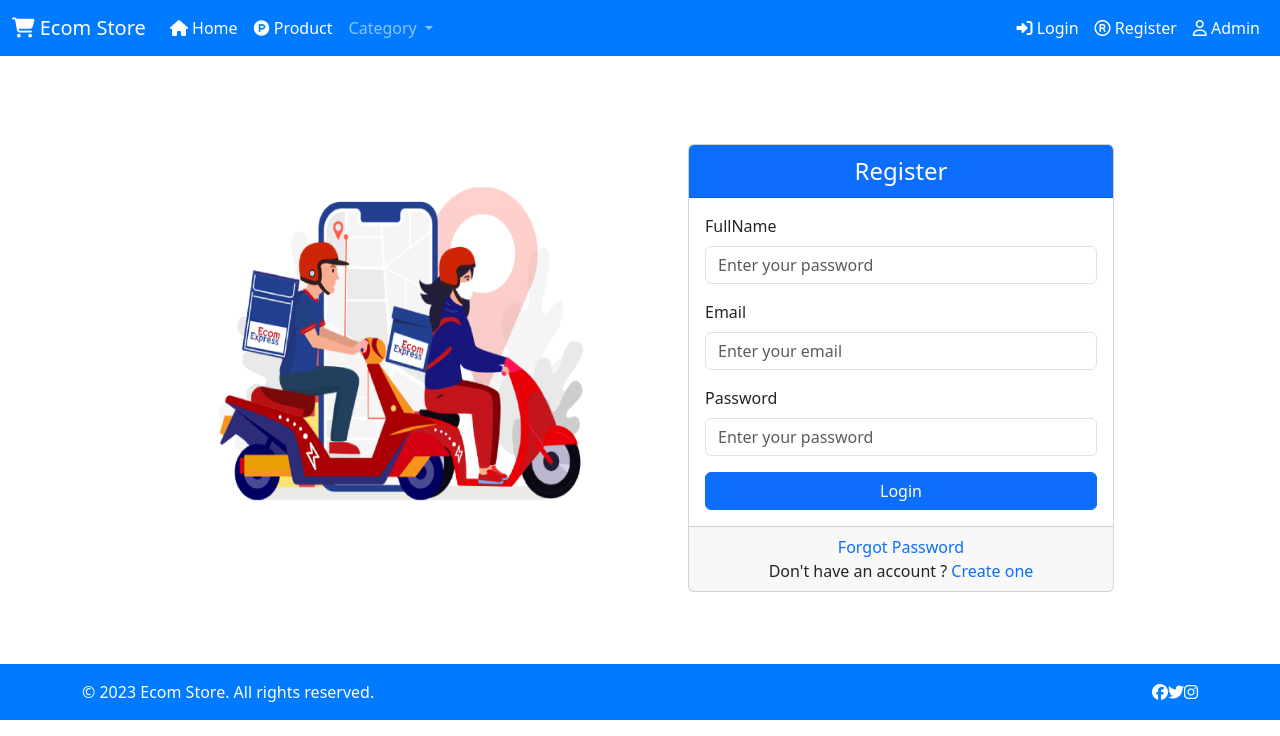
Repository: Deva-bot/EcomProject
Page: http://localhost/register
An editor plug-in stored every save of this project. The page is shown before and after the next save, followed by the edit.
The browser window is 1280 px wide. The pictures show the whole page.
The page is this project's Thymeleaf template; nobody is signed in. The template is opened directly, without the code that normally fills it, so the values that code supplies are empty.

Above is the page before, as saved 2024-07-12 14:52:56.

### Shopping_Cart/src/main/resources/templates/register.html
<!DOCTYPE html>
<html lang="en" xmlns:th="http://www.thymeleaf.org" th:replace="base::layout(~{::section})">

<head>
	<meta charset="ISO-8859-1">
	<title>Shopping Cart</title>
</head>

<body>
	<section th:fragment="content">
		<div class="container mt-5 p-5">
			<div class="row">
				<div class="col-md-6 p-5">
					<img alt="" src="img/ecom.png" width="100%" height="400px">
				</div>
				<div class="col-md-6 p-5">
					<div class="card">
						<div class="card-header bg-primary text-white">
							<p class="fs-4 text-center mb-0">Register</p>
						</div>
						<div class="card-body">
							<form>
								<div class="mb-3">
									<label class="form-label" for="password">FullName</label>
									<input class="form-control" id="password" name="password" type="password"
										placeholder="Enter your password">
								</div>
								<div class="mb-3">
									<label class="form-label" for="email">Email</label>
									<input class="form-control" id="email" name="email" type="email"
										placeholder="Enter your email">
								</div>
								<div class="mb-3">
									<label class="form-label" for="password">Password</label>
									<input class="form-control" id="password" name="password" type="password"
										placeholder="Enter your password">
								</div>
								<button type="submit" class="btn btn-primary col-md-12">Login</button>
							</form>
						</div>
						<div class="card-footer text-center">
							<a href="/forgot-password" class="text-decoration-none text-primary">Forgot Password</a><br>
							Don't have an account ? <a href="/register" class="text-decoration-none text-primary">Create
								one</a>
						</div>
					</div>
				</div>
			</div>
		</div>

	</section>
</body>

</html>

### Shopping_Cart/src/main/resources/templates/base.html
<!DOCTYPE html>
<html lang="en" xmlns:th="http://www.thymeleaf.org" th:fragment="layout(content)">

<head>
	<meta charset="ISO-8859-1">
	<title>Ecom Store</title>
	<!-- Bootstrap link-->
	<link href="https://cdn.jsdelivr.net/npm/bootstrap@5.3.3/dist/css/bootstrap.min.css" rel="stylesheet"
		integrity="sha384-QWTKZyjpPEjISv5WaRU9OFeRpok6YctnYmDr5pNlyT2bRjXh0JMhjY6hW+ALEwIH" crossorigin="anonymous">

	<!-- Font Awesome link-->
	<link rel="stylesheet" href="https://cdnjs.cloudflare.com/ajax/libs/font-awesome/6.5.2/css/all.min.css"
		integrity="sha512-SnH5WK+bZxgPHs44uWIX+LLJAJ9/2PkPKZ5QiAj6Ta86w+fsb2TkcmfRyVX3pBnMFcV7oQPJkl9QevSCWr3W6A=="
		crossorigin="anonymous" referrerpolicy="no-referrer" />

	<style>
		.bg-ecom {
			background-color: #007bff !important;
		}
	</style>
</head>

<body>
	<!-- Navbar start-->
	<nav class="navbar navbar-expand-lg bg-ecom fixed-top navbar-dark">
		<div class="container-fluid">
			<a class="navbar-brand" href="/"><i class="fa-solid fa-cart-shopping"></i> Ecom Store</a>
			<button class="navbar-toggler" type="button" data-bs-toggle="collapse"
				data-bs-target="#navbarSupportedContent" aria-controls="navbarSupportedContent" aria-expanded="false"
				aria-label="Toggle navigation">
				<span class="navbar-toggler-icon"></span>
			</button>
			<div class="collapse navbar-collapse" id="navbarSupportedContent">
				<ul class="navbar-nav me-auto mb-2 mb-lg-0">
					<li class="nav-item">
						<a class="nav-link active" aria-current="page" href="/"><i class="fa-solid fa-house"></i>
							Home</a>
					</li>
					<li class="nav-item">
						<a class="nav-link active" aria-current="page" href="#"><i
								class="fa-brands fa-product-hunt"></i> Product</a>
					</li>
					<li class="nav-item dropdown">
						<a class="nav-link dropdown-toggle" href="#" role="button" data-bs-toggle="dropdown"
							aria-expanded="false">
							Category
						</a>
					</li>
				</ul>
				<ul class="navbar-nav ms-auto mb-2 mb-lg-0">
					<li class="nav-item">
						<a class="nav-link active" aria-current="page" href="/login"><i
								class="fa-solid fa-right-to-bracket"></i> Login</a>
					</li>
					<li class="nav-item">
						<a class="nav-link active" aria-current="page" href="/register"><i
								class="fa-regular fa-registered"></i>
							Register</a>
					</li>
					<li class="nav-item">
						<a class="nav-link active" aria-current="page" href="#"><i class="fa-regular fa-user"></i>
							Admin</a>
					</li>
				</ul>
			</div>
		</div>
	</nav>
	<!-- Navbar end-->

	<div class="container mt-5 mb-5">
		<div th:replace="~{::content}"></div>
	</div>

	<!--Start Footer-->
	<footer class="container-fluid bg-ecom text-white py-3 fixed-bottom">
		<div class="container d-flex justify-content-between align-items-center">
			<p class="mb-0">&copy; 2023 Ecom Store. All rights reserved.</p>
			<ul class="list-unstyled d-flex mb-0">
				<li><a href="#" class="text-white mr-3"><i class="fab fa-facebook"></i></a></li>
				<li><a href="#" class="text-white mr-3"><i class="fab fa-twitter"></i></a></li>
				<li><a href="#" class="text-white mr-3"><i class="fab fa-instagram"></i></a></li>
			</ul>
		</div>
	</footer>
	<!--End Footer-->

	<script src="https://cdn.jsdelivr.net/npm/bootstrap@5.3.3/dist/js/bootstrap.bundle.min.js"
		integrity="sha384-YvpcrYf0tY3lHB60NNkmXc5s9fDVZLESaAA55NDzOxhy9GkcIdslK1eN7N6jIeHz" crossorigin="anonymous">
		</script>
</body>

</html>

After the next save:
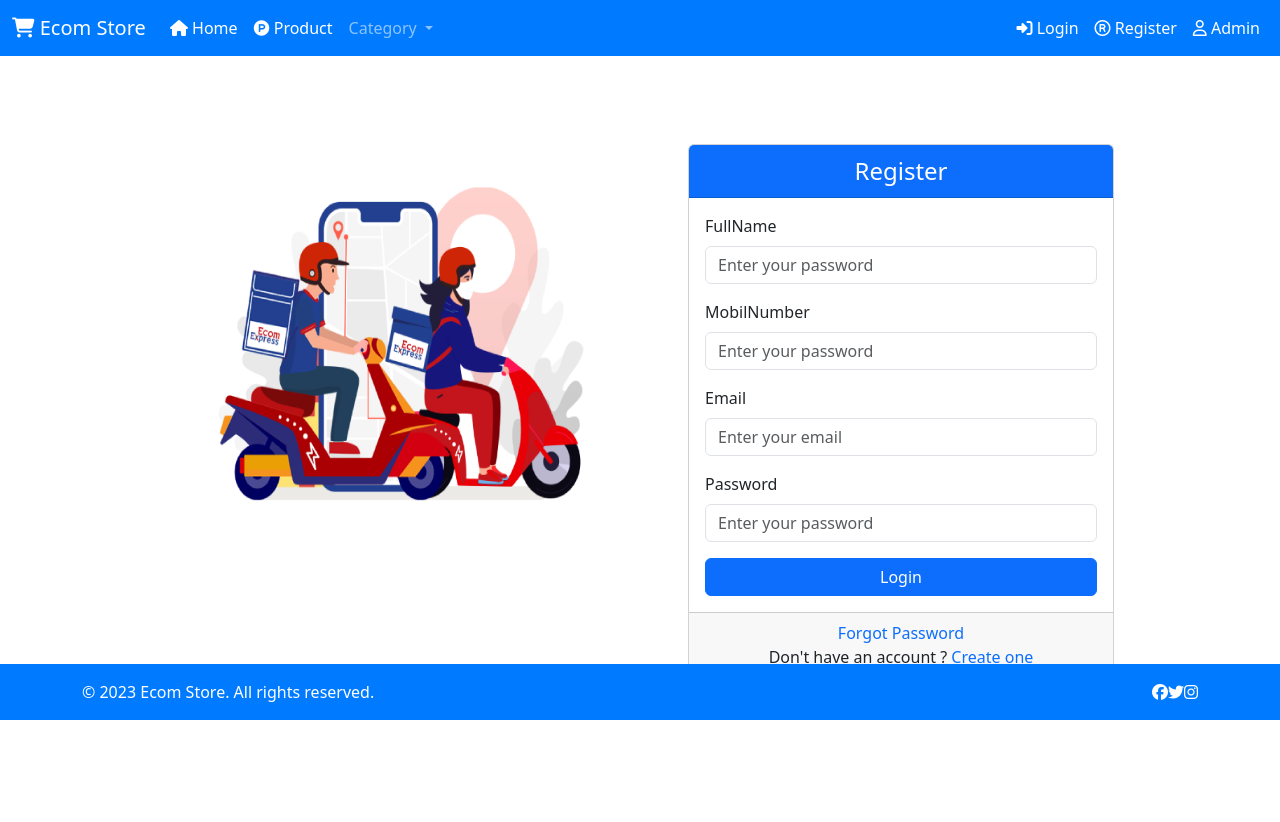
Saved 19 s later.
--- a/Shopping_Cart/src/main/resources/templates/register.html
+++ b/Shopping_Cart/src/main/resources/templates/register.html
@@ -26,6 +26,11 @@
 										placeholder="Enter your password">
 								</div>
 								<div class="mb-3">
+																	<label class="form-label" for="password">MobilNumber</label>
+																	<input class="form-control" id="password" name="password" type="password"
+																		placeholder="Enter your password">
+																</div>
+								<div class="mb-3">
 									<label class="form-label" for="email">Email</label>
 									<input class="form-control" id="email" name="email" type="email"
 										placeholder="Enter your email">
